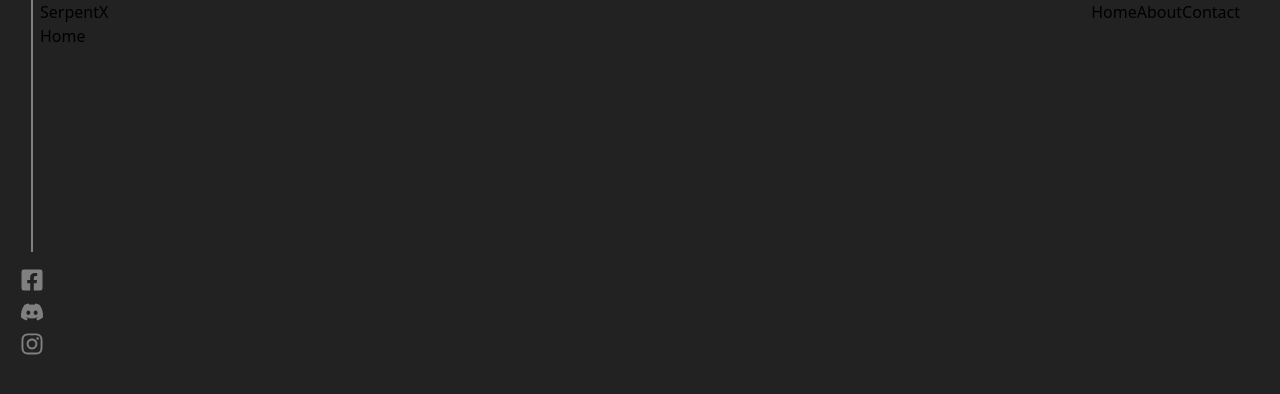
Repository: SERPENTX03/Portfolio-Tutorial
Page: /
These files come from the project's save history. The page is drawn as it stood at one moment and after the next save; the edit follows.
The browser window is 1280 px wide. The pictures show the whole page.
The project was rebuilt for these pictures with package versions that can differ from the ones it lists, and the page was loaded fresh each time. The framework's server and built-in components were replaced by stand-ins that run in the browser. Also part of the build but not shown: next.config.ts.

Above is the page before, as saved 2025-04-19 19:56:26.

After the next save:
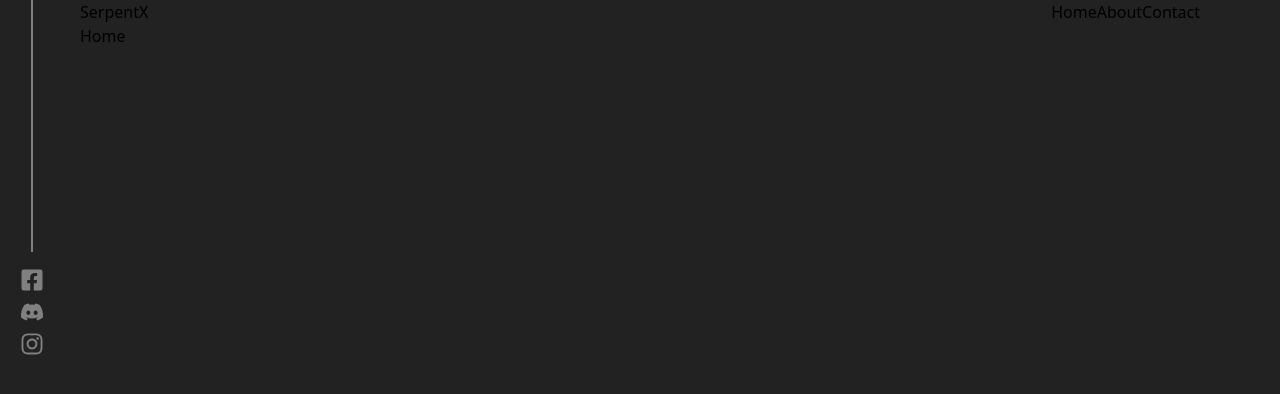
Saved 8 s later.
--- a/app/layout.tsx
+++ b/app/layout.tsx
@@ -30,7 +30,7 @@ export default function RootLayout({
         className={`${geistSans.variable} ${geistMono.variable} antialiased`}
       >
         <SideContact />
-        <main className="max-w-[1200px] mx-auto">
+        <main className="max-w-[1200px] mx-auto px-10 ">
           <Navbar />
           {children}
         </main>
